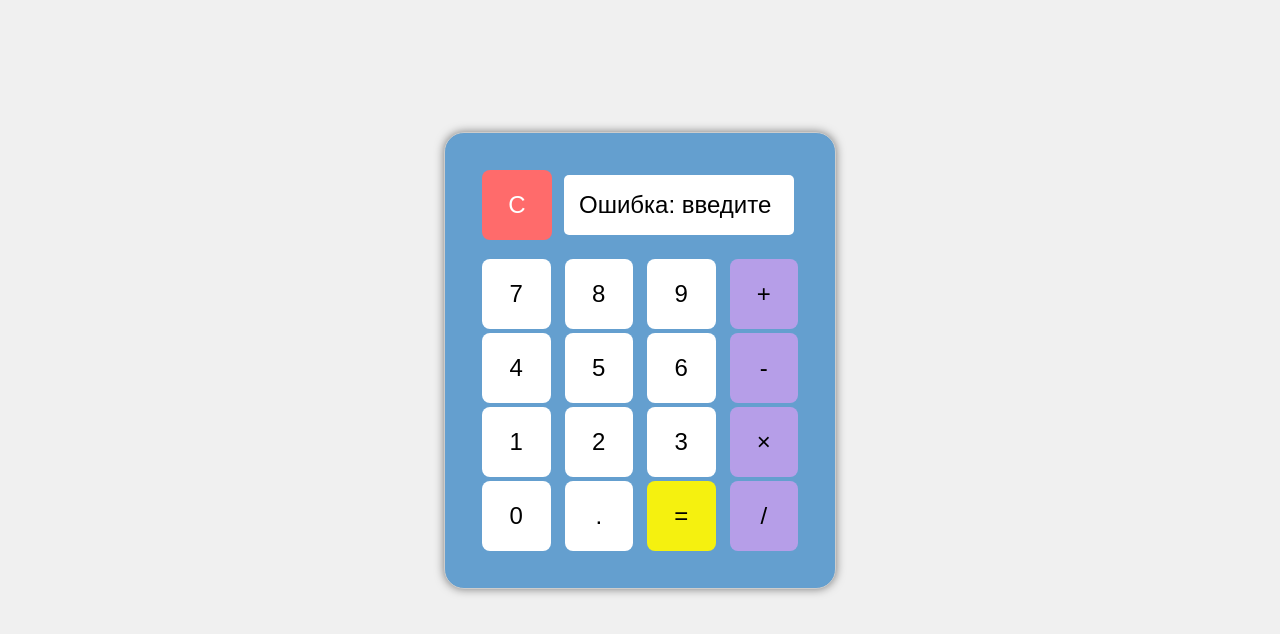
Repository: Burnmyheart/calculator
Page: index.html
These files come from the project's save history. The page is drawn as it stood at one moment and after the next save; the edit follows.
The browser window is 1280 px wide. The pictures show the whole page.
After loading, the first visible `button.operation` was clicked once.

Above is the page before, as saved 2025-04-28 22:52:45.

### index.html
<!DOCTYPE html>
<html lang="en">
  <head>
    <meta charset="UTF-8" />
    <meta name="viewport" content="width=device-width, initial-scale=1.0" />
    <title>Калькулятор</title>
    <link rel="stylesheet" href="style.css" />
  </head>
  <body>
    <div class="calculator">
      <!-- Поле вывода и кнопка сброса -->
      <div class="display-container">
        <button class="clear" onclick="clearDisplay()">C</button>
        <input type="text" id="display" readonly />
      </div>

      <!-- Кнопки калькулятора -->
      <div>
        <button onclick="addNumber('7')">7</button>
        <button onclick="addNumber('8')">8</button>
        <button onclick="addNumber('9')">9</button>
        <button class="operation" onclick="addOperation('+')">+</button>
      </div>
      <div>
        <button onclick="addNumber('4')">4</button>
        <button onclick="addNumber('5')">5</button>
        <button onclick="addNumber('6')">6</button>
        <button class="operation" onclick="addOperation('-')">-</button>
      </div>
      <div>
        <button onclick="addNumber('1')">1</button>
        <button onclick="addNumber('2')">2</button>
        <button onclick="addNumber('3')">3</button>
        <button class="operation" onclick="addOperation('*')">×</button>
      </div>
      <div>
        <button onclick="addNumber('0')">0</button>
        <button onclick="addNumber('.')">.</button>
        <button class="calculate" onclick="calculate()">=</button>
        <button class="operation" onclick="addOperation('/')">/</button>
      </div>
    </div>

    <script src="calculator.js"></script>
  </body>
</html>

### style.css
/* Базовые стили для читаемости */
body {
  display: flex;
  justify-content: center;
  align-items: center;
  min-height: 100vh;
  margin: 0;
  background-color: #f0f0f0;
}

.calculator {
  background-color: #649fcf;
  padding: 35px;
  border: 1px solid #ccc;
  border-radius: 20px;
  width: 320px;
  box-shadow: 0 0 10px 0 rgba(0, 0, 0, 0.5);
}

.display-container {
  margin-bottom: 15px;
  display: flex;
  align-items: center;
  gap: 10px;
}

#display {
  width: 200px;
  height: 50px;
  padding: 5px 15px;
  text-align: right;
  font-size: 24px;
  border-radius: 5px;
  border: none;
}

.calculator > div:not(.display-container) {
  display: flex;
  justify-content: center;
  gap: 10px;
}

button {
  width: 70px;
  height: 70px;
  margin: 2px;
  border: none;
  background-color: white;
  border-radius: 8px;
  font-size: 24px;
  cursor: pointer;
}

.clear {
  background-color: #ff6b6b;
  color: white;
}

.calculate {
  background-color: #f5f10f;
}

.operation {
  background-color: #ef9efa98;
}

### calculator.js
// Получаем элемент дисплея
const display = document.getElementById("display");

// Переменные для хранения данных
let firstNumber = "";
let operator = "";
let newNumber = false;

// Добавление цифры
function addNumber(num) {
  if (newNumber) {
    display.value = num;
    newNumber = false;
  } else {
    display.value += num;
  }
}

// Добавление операции
function addOperation(op) {
  // Проверяем, что есть число для операции
  if (display.value === "") {
    display.value = "Ошибка: введите число";
    return;
  }
  // Если уже есть операция, выполняем её
  if (firstNumber && operator) {
    calculate();
  }
  firstNumber = display.value;
  operator = op;
  newNumber = true;
}

// Вычисление результата
function calculate() {
  // Проверяем наличие всех необходимых данных
  if (!firstNumber || !operator || !display.value) {
    display.value = "Ошибка: неполное выражение";
    return;
  }

  let result;
  let a = parseFloat(firstNumber);
  let b = parseFloat(display.value);

  switch (operator) {
    case "+":
      result = a + b;
      break;
    case "-":
      result = a - b;
      break;
    case "*":
      result = a * b;
      break;
    case "/":
      if (b === 0) {
        display.value = "Ошибка: деление на ноль";
        firstNumber = "";
        operator = "";
        newNumber = true;
        return;
      }
      result = a / b;
      break;
  }

  display.value = result;
  firstNumber = "";
  operator = "";
  newNumber = true;
}

// Очистка дисплея
function clearDisplay() {
  display.value = "";
  firstNumber = "";
  operator = "";
  newNumber = false;
}

After the next save:
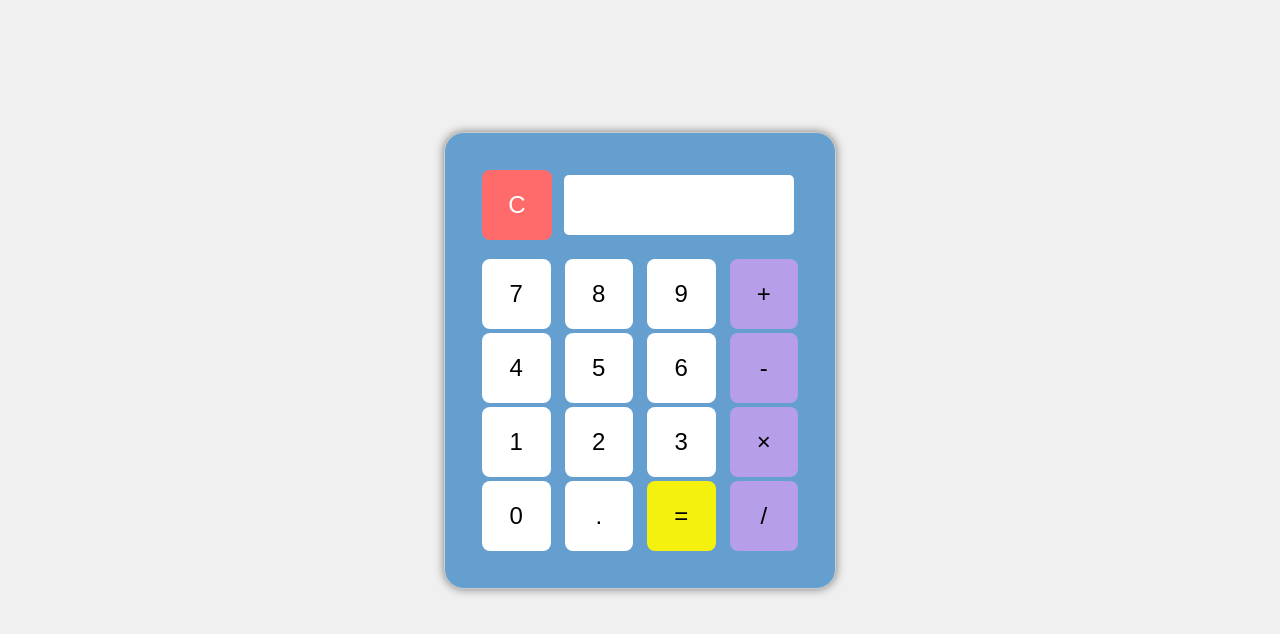
Saved 6 min 18 s later.
--- a/calculator.js
+++ b/calculator.js
@@ -18,58 +18,44 @@ function addNumber(num) {
 
 // Добавление операции
 function addOperation(op) {
-  // Проверяем, что есть число для операции
-  if (display.value === "") {
-    display.value = "Ошибка: введите число";
-    return;
+  if (display.value !== "") {
+    firstNumber = display.value;
+    operator = op;
+    newNumber = true;
   }
-  // Если уже есть операция, выполняем её
-  if (firstNumber && operator) {
-    calculate();
-  }
-  firstNumber = display.value;
-  operator = op;
-  newNumber = true;
 }
 
 // Вычисление результата
 function calculate() {
-  // Проверяем наличие всех необходимых данных
-  if (!firstNumber || !operator || !display.value) {
-    display.value = "Ошибка: неполное выражение";
-    return;
+  if (firstNumber && operator && display.value) {
+    let result;
+    let a = parseFloat(firstNumber);
+    let b = parseFloat(display.value);
+
+    switch (operator) {
+      case "+":
+        result = a + b;
+        break;
+      case "-":
+        result = a - b;
+        break;
+      case "*":
+        result = a * b;
+        break;
+      case "/":
+        if (b === 0) {
+          result = "Ошибка";
+        } else {
+          result = a / b;
+        }
+        break;
+    }
+
+    display.value = result;
+    firstNumber = "";
+    operator = "";
+    newNumber = true;
   }
-
-  let result;
-  let a = parseFloat(firstNumber);
-  let b = parseFloat(display.value);
-
-  switch (operator) {
-    case "+":
-      result = a + b;
-      break;
-    case "-":
-      result = a - b;
-      break;
-    case "*":
-      result = a * b;
-      break;
-    case "/":
-      if (b === 0) {
-        display.value = "Ошибка: деление на ноль";
-        firstNumber = "";
-        operator = "";
-        newNumber = true;
-        return;
-      }
-      result = a / b;
-      break;
-  }
-
-  display.value = result;
-  firstNumber = "";
-  operator = "";
-  newNumber = true;
 }
 
 // Очистка дисплея
@@ -79,3 +65,27 @@ function clearDisplay() {
   operator = "";
   newNumber = false;
 }
+
+// Обработка ввода с клавиатуры
+document.addEventListener("keydown", function (event) {
+  // Цифры и точка
+  if (/[0-9.]/.test(event.key)) {
+    addNumber(event.key);
+  }
+  // Операторы
+  else if (["+", "-", "*", "/"].includes(event.key)) {
+    addOperation(event.key);
+  }
+  // Равно и Enter
+  else if (event.key === "=" || event.key === "Enter") {
+    calculate();
+  }
+  // Escape или Delete для очистки
+  else if (event.key === "Escape" || event.key === "Delete") {
+    clearDisplay();
+  }
+  // Backspace для удаления последнего символа
+  else if (event.key === "Backspace") {
+    display.value = display.value.slice(0, -1);
+  }
+});
